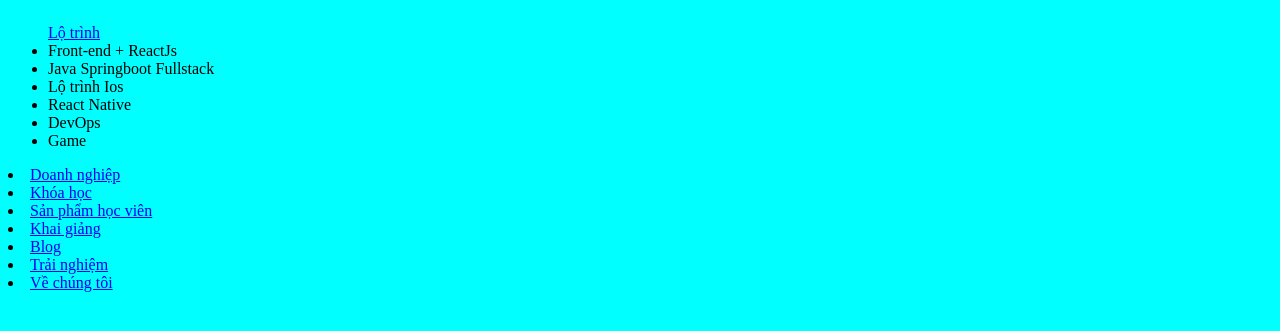
Repository: khanhnahk306/khanhnahk.github.io
Page: flexbox/html/megamenu.html
These files come from the project's save history. The page is drawn as it stood at one moment and after a run of saves; the edit follows.
The browser window is 1280 px wide. The pictures show the whole page.

Above is the page before, as saved 2022-01-28 10:39:26.

### flexbox/html/megamenu.html
<!DOCTYPE html>
<html lang="en">
<head>
    <meta charset="UTF-8">
    <meta http-equiv="X-UA-Compatible" content="IE=edge">
    <meta name="viewport" content="width=device-width, initial-scale=1.0">
    <link rel="stylesheet" href="../css/megamenu.css">
    <title>Menu đa cấp</title>
</head>
<body>
    <!-- <h1>Menu đa cấp</h1> -->
    <div class="megamenu">
        <ul class="nav">

                <a href="#">Lộ trình</a>
                        <li>Front-end + ReactJs</li>
                        <li>Java Springboot Fullstack</li>
                        <li>Lộ trình Ios</li>
                        <li>React Native</li>
                        <li>DevOps</li>
                        <li>Game</li>
                </div>

            <li>
                <a href="#">Doanh nghiệp</a>
            </li>
            <li>
                <a href="#">Khóa học</a>
            </li>
            <li>
                <a href="#">Sản phẩm học viên</a>
            </li>
            <li>
                <a href="#">Khai giảng</a>
            </li>
            <li>
                <a href="#">Blog</a>
            </li>
            <li>
                <a href="#">Trải nghiệm</a>
            </li>
            <li>
                <a href="#">Về chúng tôi</a>
            </li>
        </ul>
    </div>
</body>
</html>

### flexbox/css/megamenu.css
*{
    box-sizing: border-box;
}
body{
    background-color: aqua;
}
.megamenu {
    display: flex;
    list-style-type: none;
}

After the next 3 saves:
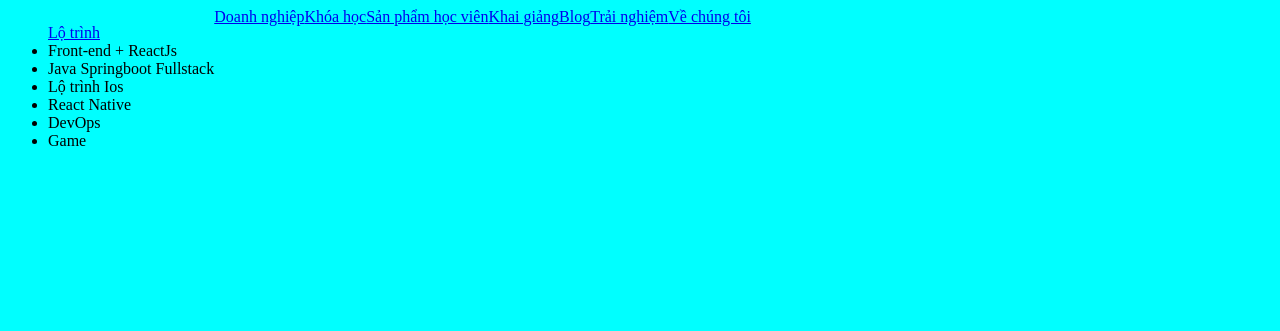
The 3 saves are shown as one change because they came seconds apart.
The last was saved 8 s later.
--- a/flexbox/html/megamenu.html
+++ b/flexbox/html/megamenu.html
@@ -19,7 +19,7 @@
                         <li>React Native</li>
                         <li>DevOps</li>
                         <li>Game</li>
-                </div>
+        </ul>
 
             <li>
                 <a href="#">Doanh nghiệp</a>
